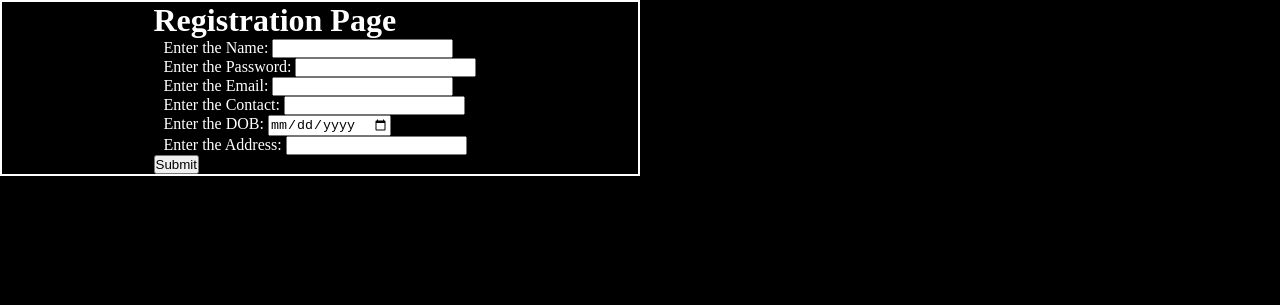
Repository: Pradeep4802/utopiatech
Page: eclipse-workspace/OwnServlet/src/main/webapp/Home.html
The author's editor kept a copy of each file at every save. The page is drawn from the files as they stood at one save, then again after the next save.
The browser window is 1280 px wide. The pictures show the whole page.

Above is the page before, as saved 2023-10-09 10:03:15.

### eclipse-workspace/OwnServlet/src/main/webapp/Home.html
<!DOCTYPE html>
<html>
<head>
<meta charset="UTF-8">
<title>Form</title>
<style>
* {
	margin: 0;
	padding: 0;
	box-sizing: border-box;
}

body {
	background: black;
}

.container {
	border: 2px solid white;
	width: 50%;
	display: flex;
	justify-content: center;
}

.container form h1 {
	color: white;
}

label {
	color: white;
	margin: 10px;
}
</style>
</head>
<body>
	<div class="container">
		<form action="" method="get">
			<h1>Registration Page</h1>

			<label for="user_name">Enter the Name: <input type="text"
				name="user_name" /></label><br> <label for="user_pass">Enter
				the Password: <input type="password" name="user_pass" />
			</label><br> <label for="user_email">Enter the Email: <input
				type="email" name="user_email" /></label><br> <label
				for="user_contact">Enter the Contact: <input type="number"
				name="user_contact" /></label><br> <label for="user_dob">Enter
				the DOB: <input type="date" name="user_dob" />
			</label><br> <label for="user_address">Enter the Address: <input
				type="text" name="user_address" /></label> <br> <input type="submit"
				value="Submit" />

		</form>
	</div>
</body>
</html>

After the next save:
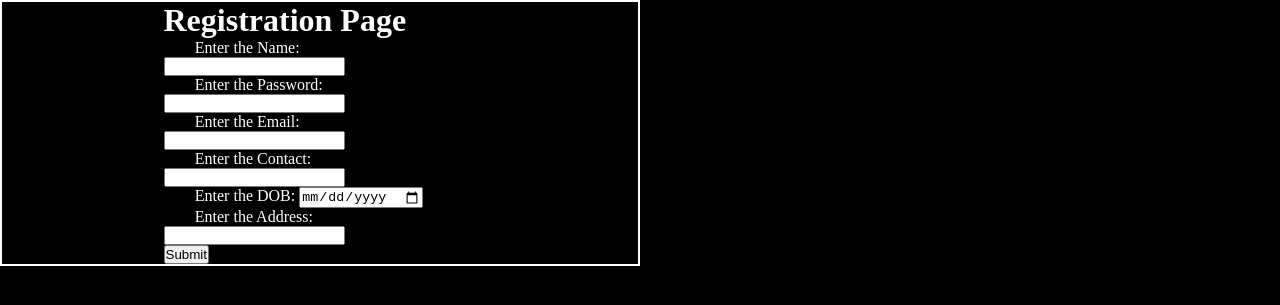
Saved 33 s later.
--- a/eclipse-workspace/OwnServlet/src/main/webapp/Home.html
+++ b/eclipse-workspace/OwnServlet/src/main/webapp/Home.html
@@ -27,7 +27,7 @@ body {
 
 label {
 	color: white;
-	margin: 10px;
+	margin: 10%;
 }
 </style>
 </head>
